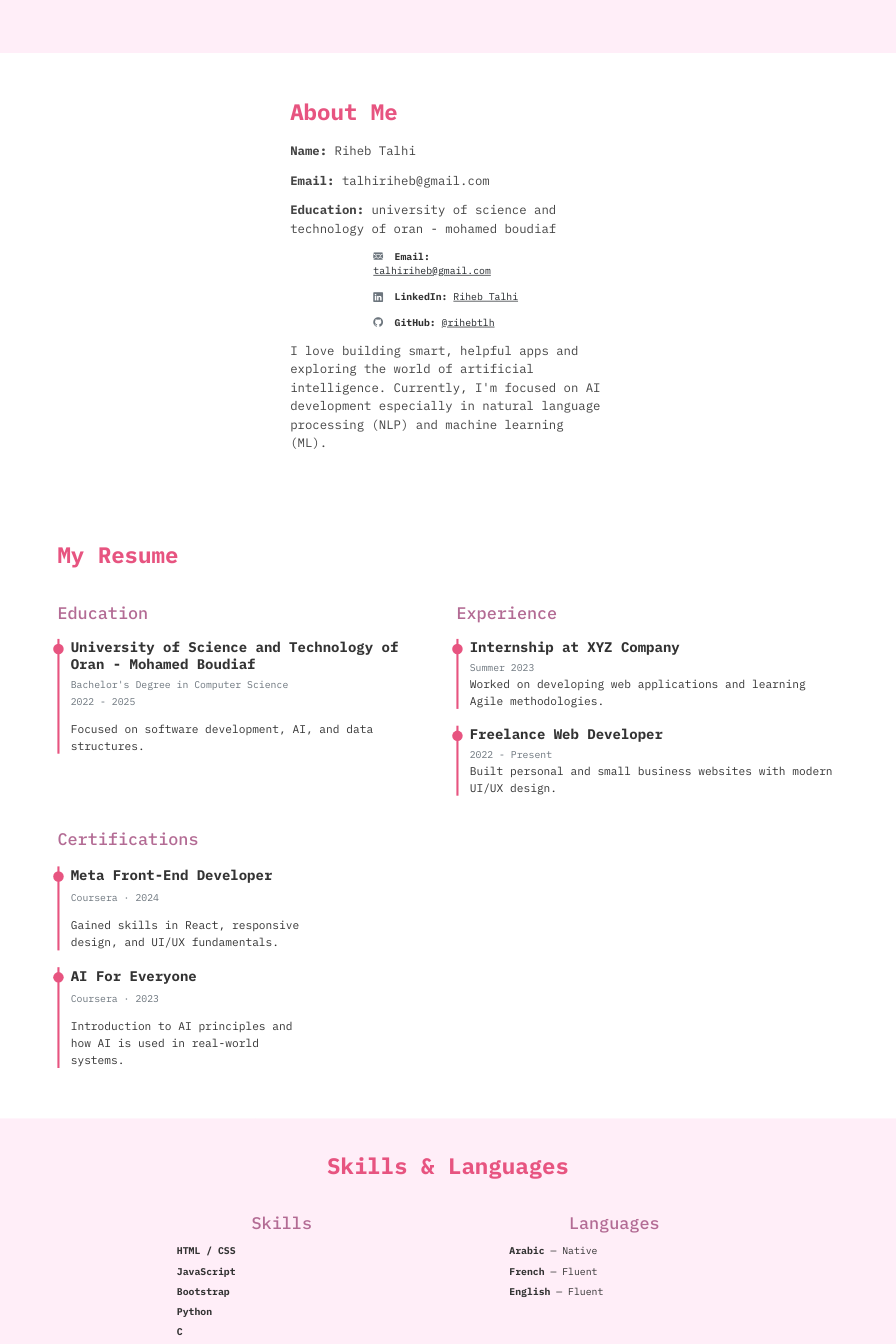
Repository: rihebtlh/portfolio
Page: new.html
An editor plug-in stored every save of this project. The page is shown before and after the next save, followed by the edit.
The browser window is 1280 px wide. The pictures show the part of the page from y = 644 to 2564 px (the page is 4283 px tall before and 4241 px after), at 70% of full size.

Above is the page before, as saved 2025-07-02 17:16:54.

### new.html
<!DOCTYPE html>
<html lang="en">
<head>
  <meta charset="UTF-8" />
  <meta name="viewport" content="width=device-width, initial-scale=1.0" />
  <title>Riheb Talhi Portfolio</title>
  <link href="https://cdn.jsdelivr.net/npm/bootstrap@5.0.2/dist/css/bootstrap.min.css" rel="stylesheet" />
  <script src="https://cdn.jsdelivr.net/npm/bootstrap@5.0.2/dist/js/bootstrap.bundle.min.js"></script>
  <link rel="stylesheet" href="https://cdn.jsdelivr.net/npm/bootstrap-icons@1.10.5/font/bootstrap-icons.css">
  <link href="https://fonts.googleapis.com/css2?family=IBM+Plex+Mono:wght@400;500;700&display=swap" rel="stylesheet">

  <style>
    body {
      font-family: 'IBM Plex Mono', monospace;
      color: #333;
      background: #fff;
    }

    .navbar {
      background: rgba(255, 255, 255, 0.9);
      box-shadow: 0 4px 6px rgba(0, 0, 0, 0.05);
    }

    .navbar-nav .nav-link {
      color: #b36b94 !important;
      font-weight: 500;
    }

    .navbar-nav .nav-link:hover {
      color: #e75480 !important;
    }

    .btn-secondary {
      background-color: #d9a7c7;
      border: none;
    }

    .btn-secondary:hover {
      background-color: #e2b8d3;
    }

    h1, h2 {
      font-weight: 700;
    }

    .display-2 {
      color: #e75480;
    }

    .display-5 {
      color: #a070a8;
    }

    section {
      padding: 4rem 0;
    }

    .head {
      background-color: #ffeef8;
    }

    .about {
      background-color: #ffffff;
    }

    .about h2 {
      color: #e75480;
    }

    .about p {
      font-size: 1.1rem;
      color: #444;
      max-width: 800px;
    }

    img.rounded-circle {
      border: 4px solid #fff;
    }
    /* Simple timeline style */
  .timeline-item {
    border-left: 3px solid #e75480;
    padding-left: 1rem;
    position: relative;
  }
  .timeline-item::before {
    content: '';
    position: absolute;
    left: -9px;
    top: 0.4rem;
    width: 15px;
    height: 15px;
    background: #e75480;
    border-radius: 50%;
  }
  /* Fade-up effect */
    .fade-up {
      opacity: 0;
      transform: translateY(40px);
      transition: all 0.6s ease-in-out;
    }

    .fade-up.show {
      opacity: 1;
      transform: translateY(0);
    }

    /* Slide-in from left for the name */
    .slide-left {
      opacity: 0;
      transform: translateX(-100px);
      animation: slideLeft 1s ease-out forwards;
    }

    .btn-secondary:hover {
      background-color: #e2b8d3;
      transform: scale(1.03);
      transition: transform 0.2s ease-in-out;
    }

    @keyframes slideLeft {
      to {
        opacity: 1;
        transform: translateX(0);
      }
    }

  </style>
</head>
<body>
  <!-- Navbar -->
  <nav class="navbar navbar-expand-md navbar-light fixed-top">
    <div class="container-xxl">
      <button class="navbar-toggler" type="button" data-bs-toggle="collapse" data-bs-target="#main-nav"
        aria-controls="main-nav" aria-expanded="false" aria-label="Toggle navigation">
        <span class="navbar-toggler-icon"></span>
      </button>

      <div class="collapse navbar-collapse justify-content-end align-items-center" id="main-nav">
        <ul class="navbar-nav">
          <li class="nav-item"><a class="nav-link" href="#about">About Me</a></li>
          <li class="nav-item"><a class="nav-link" href="#resume">My Resume</a></li>
          <li class="nav-item"><a class="nav-link" href="#skills">Skills & Languages</a></li>
          <li class="nav-item"><a class="nav-link" href="#projects">Projects</a></li>
          <li class="nav-item ms-2 d-none d-md-inline">
            <a class="btn btn-secondary" href="#contact">Contact me here!</a>
          </li>
        </ul>
      </div>
    </div>
  </nav>

  <!-- Hero Section -->
    <section class="head d-flex align-items-center fade-up" style="min-height: 100vh;" id="home">
    <div class="container-lg">
        <div class="row justify-content-center align-items-center">
        <div class="col-md-8 text-start">
            <h1>
            <div class="display-2 fw-bold slide-left">Riheb Talhi</div>
            <div class="display-5">Computer Science Student</div>
            <div class="display-6 text-muted">just love to solve real-world problems through creative coding.</div>
            </h1>
        </div>
        <div class="col-md-4 text-center d-none d-md-block">
            <span class="tt" data-bs-placement="bottom" title="pic">
            <img src="/assets/pic.jpg" alt="Your photo" class="img-fluid rounded-circle shadow" style="max-height: 400px;">
            </span>
        </div>
        </div>
    </div>
    </section>


  <!-- About Me Section (White) -->
  <section class="about fade-up" id="about">
    <div class="container-lg">
      <div class="row justify-content-center">
        <div class="col-md-5">
          <h2 class="mb-4">About Me</h2>
          <p><strong>Name:</strong> Riheb Talhi</p>
          <p><strong>Email:</strong> talhiriheb@gmail.com</p>
          <p><strong>Education:</strong> university of science and technology of oran - mohamed boudiaf</p>
          <div class="row justify-content-center">
            <div class="col-md-6">
              <ul class="list-unstyled small text-start mx-auto" style="max-width: 400px;">
                <li class="mb-3">
                  <i class="bi bi-envelope-heart-fill text-secondary me-2"></i>
                  <strong>Email:</strong> <a href="mailto:talhiriheb@gmail.com" class="text-dark">talhiriheb@gmail.com</a>
                </li>
                <li class="mb-3">
                  <i class="bi bi-linkedin text-secondary me-2"></i>
                  <strong>LinkedIn:</strong> <a href="https://www.linkedin.com/in/riheb-talhi-bab320293" target="_blank" class="text-dark">Riheb Talhi</a>
                </li>
                <li class="mb-3">
                  <i class="bi bi-github text-secondary me-2"></i>
                  <strong>GitHub:</strong> <a href="https://github.com/rihebtlh" target="_blank" class="text-dark">@rihebtlh</a>
                </li>
              </ul>
            </div>
          </div>
          <p>
            I love building smart, helpful apps and exploring the world of artificial intelligence.
            Currently, I'm focused on AI development especially in natural language processing (NLP) and machine learning (ML).
          </p>

        </div>
      </div>
    </div>
  </section>
  <!-- Resume Section -->
    <section id="resume" class="py-5 fade-up" style="background:#fff;">
        <div class="container-lg">
            <h2 class="mb-5" style="color:#e75480;">My Resume</h2>
            <div class="row">

            <!-- Education -->
            <div class="col-md-6 mb-4">
                <h4 class="mb-4" style="color:#b36b94;">Education</h4>
                <div class="timeline">
                <div class="timeline-item mb-4">
                    <h5 class="mb-1 fw-bold">University of Science and Technology of Oran - Mohamed Boudiaf</h5>
                    <p class="text-muted mb-0"><small>Bachelor's Degree in Computer Science</small></p>
                    <p class="text-muted"><small>2022 - 2025</small></p>
                    <p>Focused on software development, AI, and data structures.</p>
                </div>
                <!-- Add more education here if needed -->
                </div>
            </div>

            <!-- Experience -->
            <div class="col-md-6 mb-4">
                <h4 class="mb-4" style="color:#b36b94;">Experience</h4>
                <div class="timeline">
                <div class="timeline-item mb-4">
                    <h5 class="mb-1 fw-bold">Internship at XYZ Company</h5>
                    <p class="text-muted mb-0"><small>Summer 2023</small></p>
                    <p>Worked on developing web applications and learning Agile methodologies.</p>
                </div>
                <div class="timeline-item mb-4">
                    <h5 class="mb-1 fw-bold">Freelance Web Developer</h5>
                    <p class="text-muted mb-0"><small>2022 - Present</small></p>
                    <p>Built personal and small business websites with modern UI/UX design.</p>
                </div>
                <!-- Add more experience as needed -->
                </div>
            </div>
            </div>
            <!-- Certifications -->
            <div class="col-md-4 mb-4">
                <h4 class="mb-4" style="color:#b36b94;">Certifications</h4>
                <div class="timeline">
                <div class="timeline-item mb-4">
                    <h5 class="fw-bold">Meta Front-End Developer</h5>
                    <p class="text-muted"><small>Coursera · 2024</small></p>
                    <p>Gained skills in React, responsive design, and UI/UX fundamentals.</p>
                </div>
                <div class="timeline-item mb-4">
                    <h5 class="fw-bold">AI For Everyone</h5>
                    <p class="text-muted"><small>Coursera · 2023</small></p>
                    <p>Introduction to AI principles and how AI is used in real-world systems.</p>
                </div>
                </div>
            </div>
        </div>
    </section>
    <!-- Skills & Languages Section -->
    <section id="skills" class="py-5 fade-up" style="background-color: #ffeef8;">
    <div class="container-lg text-center">
        <h2 class="mb-5" style="color: #e75480;">Skills & Languages</h2>

        <div class="row justify-content-center">
        <!-- Skills -->
        <div class="col-md-5 mb-4">
            <h4 class="mb-3" style="color: #b36b94;">Skills</h4>
            <ul class="list-unstyled small text-start mx-auto" style="max-width: 300px;">
            <li class="mb-2"><strong>HTML / CSS</strong></li>
            <li class="mb-2"><strong>JavaScript</strong></li>
            <li class="mb-2"><strong>Bootstrap</strong></li>
            <li class="mb-2"><strong>Python</strong></li>
            <li class="mb-2"><strong>C</strong></li>
            <li class="mb-2"><strong>Java</strong></li>
            <li class="mb-2"><strong>Machine Learning (Scikit-learn, Pandas)</strong></li>
            <li class="mb-2"><strong>Flutter & Dart</strong></li>
            <li class="mb-2"><strong>Git / GitHub</strong></li>
            </ul>
        </div>

        <!-- Languages -->
        <div class="col-md-5 mb-4">
            <h4 class="mb-3" style="color: #b36b94;">Languages</h4>
            <ul class="list-unstyled small text-start mx-auto" style="max-width: 300px;">
            <li class="mb-2"><strong>Arabic</strong> — Native</li>
            <li class="mb-2"><strong>French</strong> — Fluent</li>
            <li class="mb-2"><strong>English</strong> — Fluent</li>
            </ul>
        </div>
        </div>
    </div>
    </section>
    <!-- Projects Section -->
    <section id="projects" class="py-5 fade-up" style="background-color: #fff;">
      <div class="container-lg">
        <h2 class="mb-5 text-center" style="color: #e75480;">Projects</h2>

        <div class="row justify-content-center g-4">
          <div class="col-md-3">
            <div class="p-4 border rounded-4 h-100" style="border-color: #ffd6e8; background-color: #fff;">
              <img src="assets/Group.png" alt="Pookie App Preview" class="img-fluid rounded mb-3" style="max-height: 300px; width: 100%; object-fit: cover;">
              <h5 class="fw-bold" style="color: #b36b94;">Pookie – AI Learning App for Kids - 2025</h5>
              <p class="text-muted small mb-2">
                A fun and interactive mobile app that helps kids learn using AI tools like chatbots, voice recognition, grammar correction, and cute quizzes.
              </p>
              <p class="mb-2 small"><strong>Technologies:</strong> Flutter, Gemini API, Hugging Face, Firebase</p>
              <a href="#" target="_blank" class="btn btn-sm btn-secondary">View more!</a>
            </div>
          </div>

          <!-- Project 1 -->
          <div class="col-md-3">
            <div class="p-4 border rounded-4 h-100" style="border-color: #ffd6e8; background-color: #fff;">
              <!-- Project Image -->
              <img src="assets/catLogo.webp" alt="Catty Website Preview" class="img-fluid rounded mb-2">
              <!-- Project Content -->
              <h5 class="fw-bold" style="color: #b36b94;">Catty – Cat Adoption Website -2025</h5>
              <p class="text-muted small mb-2"><strong>A cute and responsive cat adoption website</strong> that lets users discover and adopt cats, explore breeds like Siamese, Maine Coon, and Russian Blue, and shop for essential cat items.</p>
              <p class="mb-2"><strong>Technologies:</strong> HTML, CSS, Bootstrap</p>
              <a href="https://github.com/rihebtlh/catty-storefront" target="_blank" class="btn btn-sm btn-secondary">GitHub</a>
            </div>
          </div>
          <!-- Project 2 -->
          <div class="col-md-3">
            <div class="p-4 border rounded-4 h-100" style="border-color: #ffd6e8;">
              <h5 class="fw-bold" style="color: #b36b94;">SNAKE Language Compiler – 2024</h5>
              <p class="text-muted small mb-2"><strong>Developed a compiler for the SNAKE programming language, incorporating:</strong></p>
              <p class="text-muted small mb-2">
                <ul>
                  <li>Lexical, syntactic, and semantic analysis to process source code.</li>
                  <li>Robust error detection for syntax errors, type mismatches, and undeclared variables.</li>
                  <li>A graphical user interface that allows users to load .snk files and perform different analyses interactively.</li>
                </ul>
              </p>
              <p class="mb-2"><strong>Technologies:</strong> Flex & Bison, Java, and Java Swing</p>
              <a href="https://github.com/rihebtlh/Compilation" target="_blank" class="btn btn-sm btn-secondary">GitHub</a>
            </div>
          </div>
          <!-- Project 3 -->
          <div class="col-md-3">
            <div class="p-4 border rounded-4 h-100" style="border-color: #ffd6e8;">
              <h5 class="fw-bold" style="color: #b36b94;">Health Monitoring Application – 2024</h5>
              <p class="text-muted small mb-2"><strong>Developed an interactive health monitoring application with distinct roles:</strong></p>
              <p class="text-muted small mb-2">
                <ul>
                  <li>Patients can track vital parameters such as weight, temperature, blood pressure, and blood sugar levels.</li>
                  <li>Doctors can view patient data through detailed charts 📊 and tables for better health analysis.</li>
                  <li>Administrators manage user accounts and maintain system operations.</li>
                </ul>
                <p>
                  The application features a user-friendly graphical interface built with Java Swing,
                  dynamic charting and data visualization using JFreeChart,
                  and real-time communication between users powered by XMPP.
                </p></p>
              <p class="mb-2"><strong>Technologies:</strong> Java, Java Swing, JFreeChart, XMPP</p>
              <a href="https://github.com/rihebtlh/health" target="_blank" class="btn btn-sm btn-secondary">GitHub</a>
            </div>
          </div>
        </div>
      </div>
    </section>
    <!-- Contact Section -->
    <section id="contact" class="py-5" style="background-color: #ffeef8;">
      <div class="container-lg text-center">
        <h2 class="mb-4" style="color: #e75480;">Let's Get in Touch!</h2>
        <p class="mb-4 text-muted">I'm always open to new opportunities, collaborations, or just a friendly chat 💌</p>
        <!-- Contact -->
        <div class="row justify-content-center">
          <div class="col-md-6">
            <a href="mailto:talhiriheb@gmail.com" class="btn btn-secondary mt-3">Send me a message</a>
          </div>
        </div>
      </div>
    </section>
  <!-- Tooltip Init -->
  <script>
    const tooltips = document.querySelectorAll('.tt');
    tooltips.forEach(t => {
      new bootstrap.Tooltip(t);
    });

  // Fade-up on scroll
  const fadeElems = document.querySelectorAll('.fade-up');
  const showOnScroll = () => {
    fadeElems.forEach(el => {
      const rect = el.getBoundingClientRect();
      if (rect.top < window.innerHeight - 100) {
        el.classList.add('show');
      }
    });
  };
  window.addEventListener('scroll', showOnScroll);
  window.addEventListener('load', showOnScroll);
  </script>


</body>
</html>

After the next save:
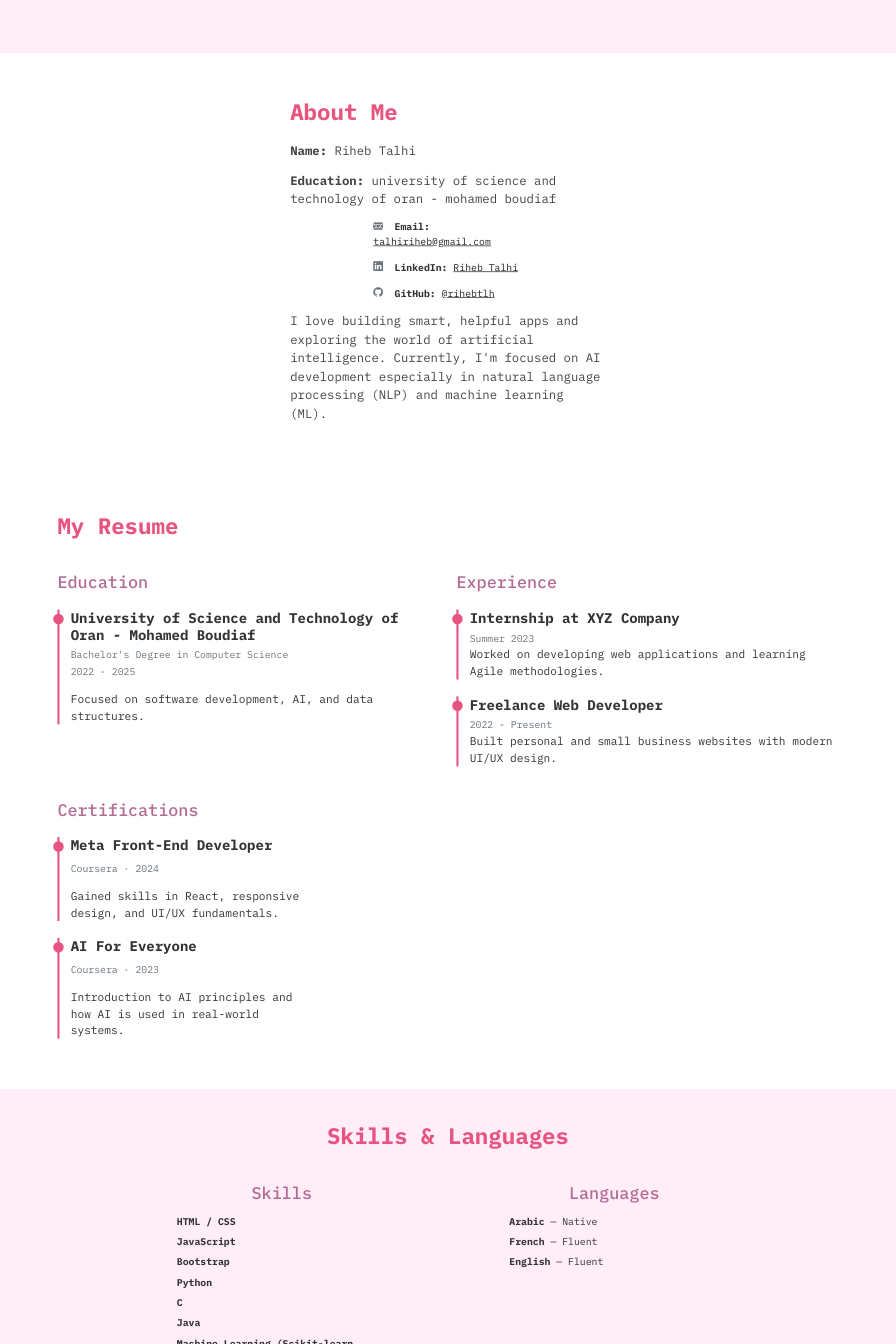
Saved 5 s later.
--- a/new.html
+++ b/new.html
@@ -177,7 +177,6 @@
         <div class="col-md-5">
           <h2 class="mb-4">About Me</h2>
           <p><strong>Name:</strong> Riheb Talhi</p>
-          <p><strong>Email:</strong> talhiriheb@gmail.com</p>
           <p><strong>Education:</strong> university of science and technology of oran - mohamed boudiaf</p>
           <div class="row justify-content-center">
             <div class="col-md-6">
